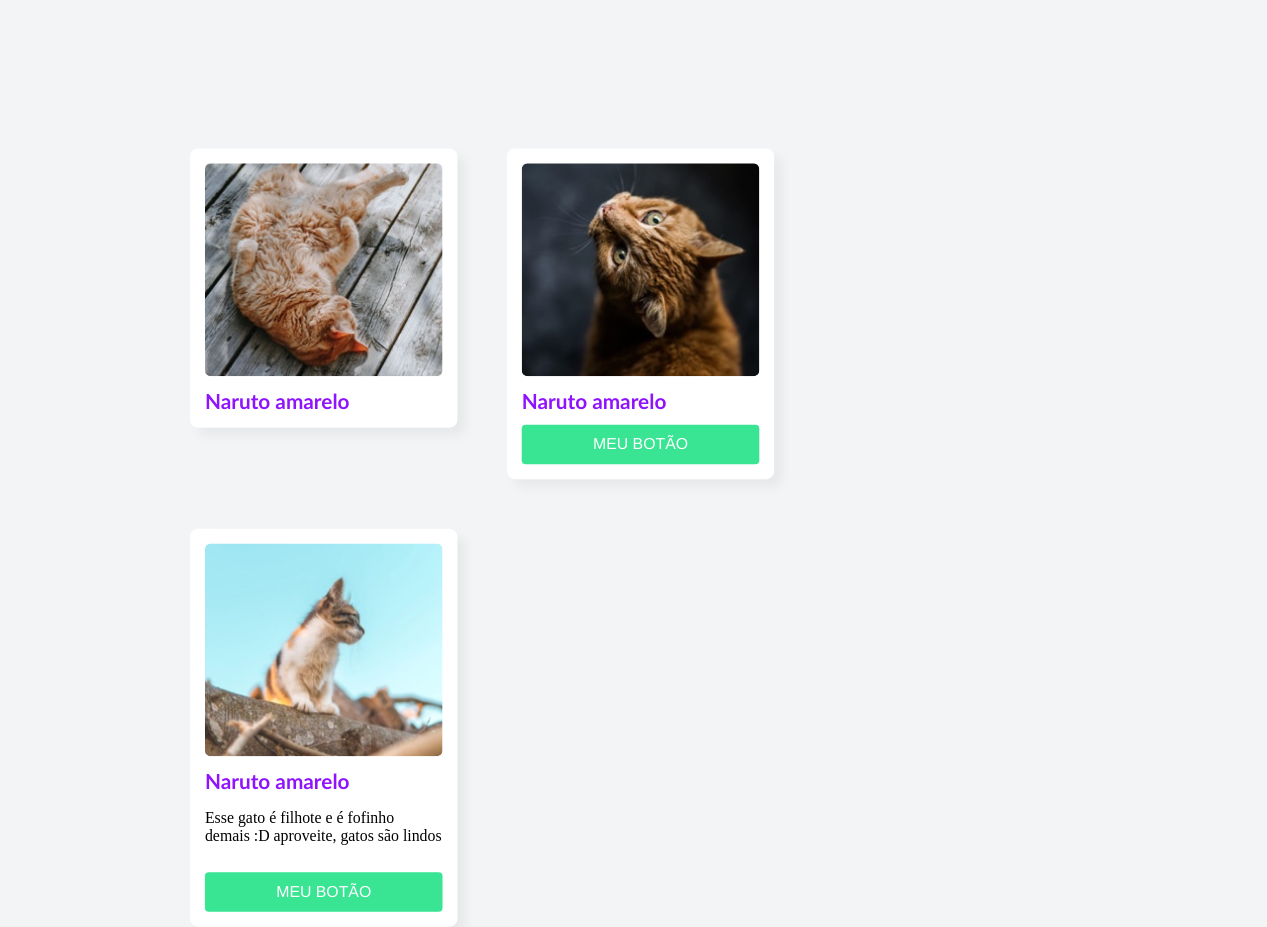
Repository: alessandradiamantino/Curso-Front-End-Design
Page: 1 - Introdução ao HTML e CSS/2 - Exercício CSS/01/codesignerspro-arquivos-exercicio-css-02/codesignerspro-arquivos-exercicio-css-02/index.html
These files come from the project's save history. The page is drawn as it stood at one moment and after a run of saves; the edit follows.
The browser window is 1280 px wide. The pictures show the whole page, at 99% of full size.

Above is the page before, as saved 2023-04-22 09:52:28.

After the next 5 saves:
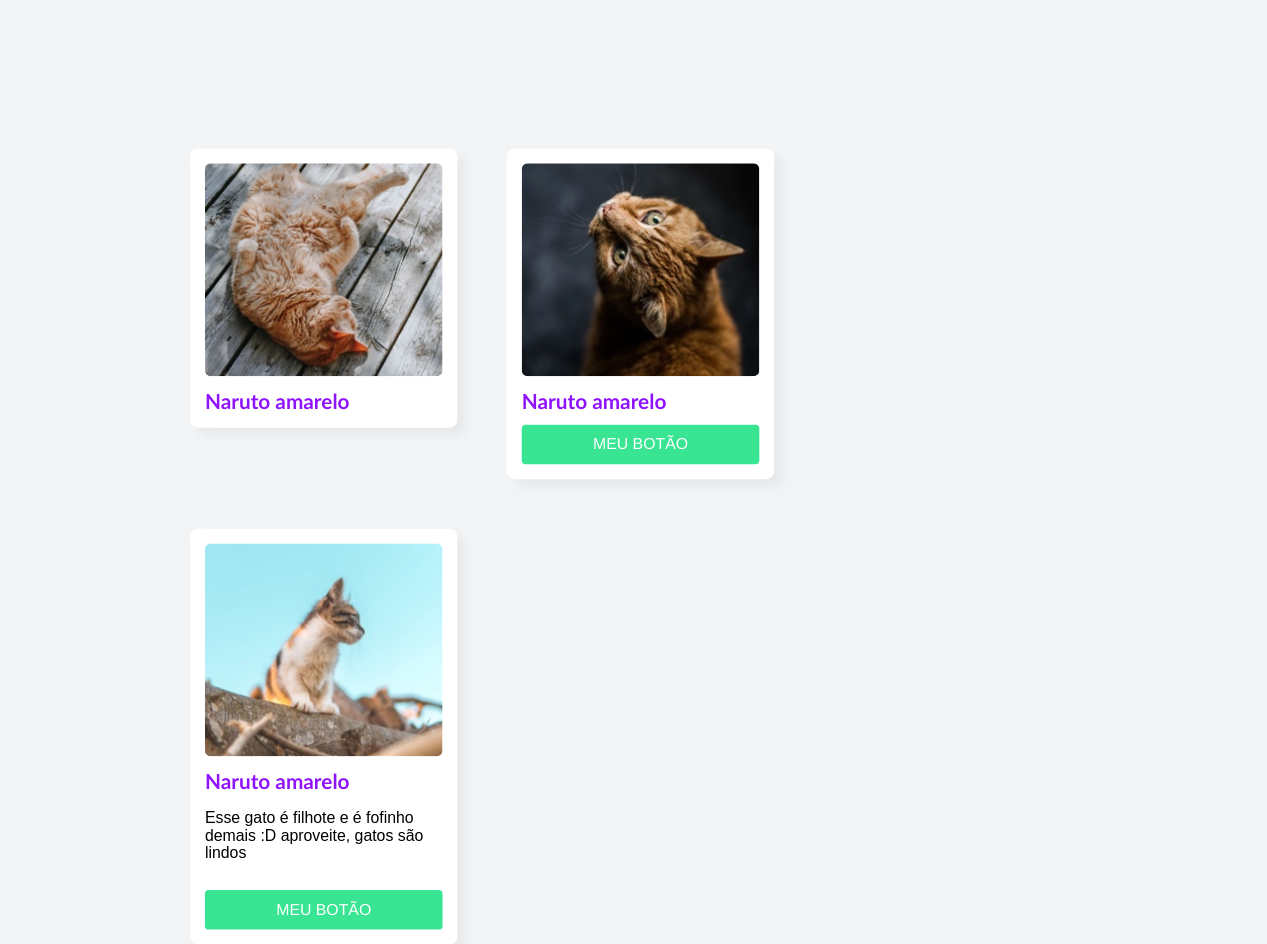
The 5 saves are shown as one change because they came seconds apart.
The last was saved 24 s later.
--- a/1 - Introdução ao HTML e CSS/2 - Exercício CSS/01/codesignerspro-arquivos-exercicio-css-02/codesignerspro-arquivos-exercicio-css-02/css/style.css
+++ b/1 - Introdução ao HTML e CSS/2 - Exercício CSS/01/codesignerspro-arquivos-exercicio-css-02/codesignerspro-arquivos-exercicio-css-02/css/style.css
@@ -6,6 +6,10 @@ main {
   width: 70%;
   display: table;
   margin: 100px auto 0 auto;
+}
+
+p{
+  font-family: Arial, Helvetica, sans-serif;
 }
 .card-container {
   width: 270px;
